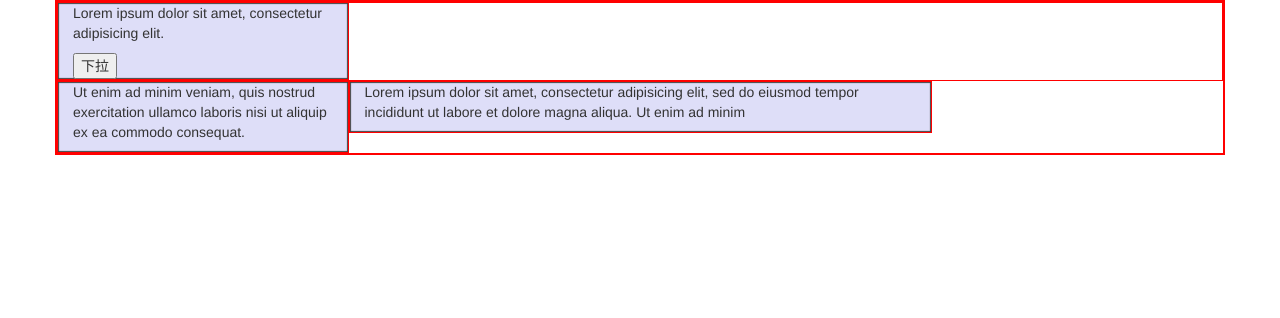
Repository: dushengwei/Bootstrap
Page: code/code/WebContent/one.html
These files come from the project's save history. The page is drawn as it stood at one moment and after the next save; the edit follows.
The browser window is 1280 px wide. The pictures show the whole page.

Above is the page before, as saved 2017-02-15 09:42:38.

After the next save:
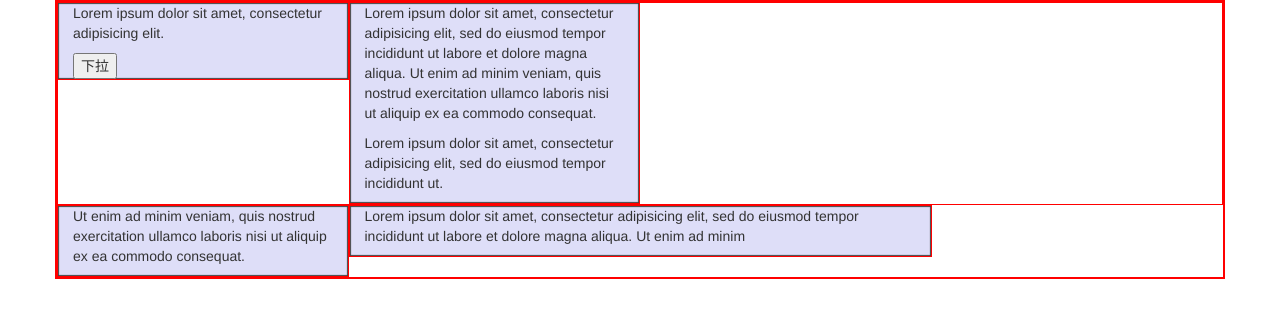
Saved 12 s later.
--- a/code/code/WebContent/one.html
+++ b/code/code/WebContent/one.html
@@ -49,7 +49,7 @@
 					<li id="four" name="foura">第四页</li>
 				</ul>
 			</div>
-			<div id="twoa" class="col-sm-3 hidden-lg"
+			<div id="twoa" class="col-sm-3 hidden-xs"
 				style="background-color: #dedef8; box-shadow: inset 1px -1px 1px #444, inset -1px 1px 1px #444;">
 				<p>Lorem ipsum dolor sit amet, consectetur adipisicing elit, sed
 					do eiusmod tempor incididunt ut labore et dolore magna aliqua. Ut
